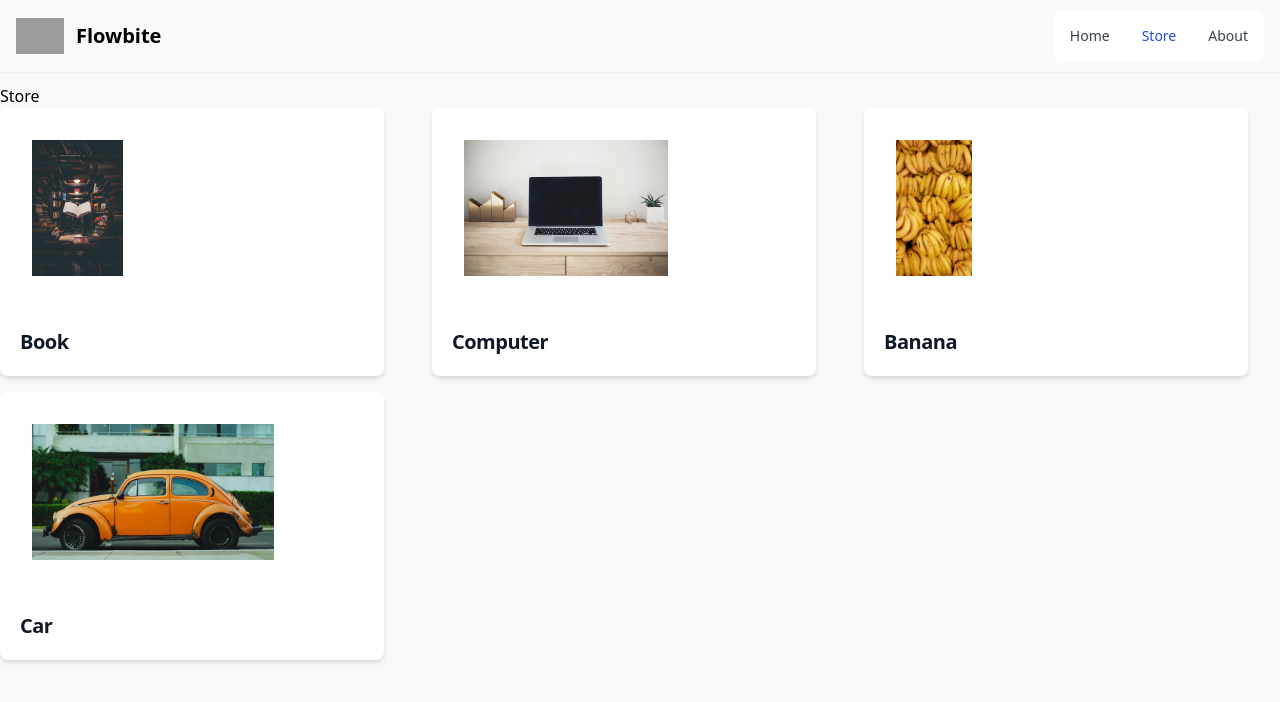
Repository: ducanhaep/react-ts-shopping-cart
Page: /store
These files come from the project's save history. The page is drawn as it stood at one moment and after a run of saves; the edit follows.
The browser window is 1280 px wide. The pictures show the whole page.
Pictures or frames that could not be fetched are drawn as grey boxes. The project was rebuilt for these pictures with package versions that can differ from the ones it lists, and the page was loaded fresh each time. Also part of the build but not shown: vite.config.ts, src/pages/About.js, src/pages/Home.js.

Above is the page before, as saved 2023-01-11 19:19:32.

### src/App.tsx
import { Routes, Route } from "react-router-dom";
import { About } from "./pages/About";
import { Home } from "./pages/Home";
import { Store } from "./pages/Store";
import { Navbar } from "./components/Navbar";
function App() {
  return (
    <>
      <Navbar />
      <div className="container mb-4">
        <Routes>
          <Route path="/" element={<Home />} />
          <Route path="/store" element={<Store />} />
          <Route path="/about" element={<About />} />
        </Routes>
      </div>
    </>
  );
}

export default App;

### src/index.css
@tailwind base;
@tailwind components;
@tailwind utilities;
:root {
  font-synthesis: none;
  text-rendering: optimizeLegibility;
  -webkit-font-smoothing: antialiased;
  -moz-osx-font-smoothing: grayscale;
  -webkit-text-size-adjust: 100%;
}

/* Box sizing rules */
*,
*::before,
*::after {
  box-sizing: border-box;
}

/* Remove default margin */
body,
h1,
h2,
h3,
h4,
p,
figure,
blockquote,
dl,
dd {
  margin: 0;
}

/* Remove list styles on ul, ol elements with a list role, which suggests default styling will be removed */
ul[role="list"],
ol[role="list"] {
  list-style: none;
}

/* Set core root defaults */
html:focus-within {
  scroll-behavior: smooth;
}

/* Set core body defaults */
body {
  min-height: 100vh;
  text-rendering: optimizeSpeed;
  line-height: 1.5;
  background-color: #f8f9fa;
}

input,
button,
textarea,
select {
  font: inherit;
}

### src/pages/Store.tsx
import { StoreItem } from "../components/StoreItem";
import storeItems from "../data/items.json";
export function Store() {
  return (
    <>
      <h1>Store</h1>
      <div className="grid grid-cols-1 md:grid-cols-3 2xl:grid-cols-4 gap-4">
        {storeItems.map((item) => (
          <StoreItem {...item} key={item.id} />
        ))}
      </div>
    </>
  );
}

### src/components/Navbar.tsx
import { Link, NavLink } from "react-router-dom";
import { BsFillCartFill } from "react-icons/bs";

export function Navbar() {
  return (
    <div className="shadow-sm mb-3">
      <nav className="containerbg-white border-gray-200 px-2 sm:px-4 py-2.5 rounded dark:bg-gray-900">
        <div className="container flex flex-wrap items-center justify-between mx-auto">
          <a href="#" className="flex items-center">
            <img
              src="https://flowbite.com/docs/images/logo.svg"
              className="h-6 mr-3 sm:h-9"
              alt="Flowbite Logo"
            />
            <span className="self-center text-xl font-semibold whitespace-nowrap dark:text-white">
              Flowbite
            </span>
          </a>
          <button
            data-collapse-toggle="navbar-default"
            type="button"
            aria-controls="navbar-default"
            aria-expanded="false"
            className="relative md:hidden text-blue-700 hover:text-white border border-blue-700 hover:bg-blue-800 focus:outline-none  font-medium rounded-lg text-sm px-5 py-2.5 text-center mr-2 mb-2"
          >
            <BsFillCartFill />
            <div className="absolute inline-flex items-center justify-center w-6 h-6 text-xs font-bold text-white bg-red-500 border-2 border-white rounded-full -top-2 -right-2 dark:border-gray-900">
              20
            </div>
          </button>
          <div className="hidden w-full md:block md:w-auto" id="navbar-default">
            <ul className="flex flex-col p-4 mt-4 border border-gray-100 rounded-lg bg-gray-50 md:flex-row md:space-x-8 md:mt-0 md:text-sm md:font-medium md:border-0 md:bg-white dark:bg-gray-800 md:dark:bg-gray-900 dark:border-gray-700">
              <li>
                <NavLink
                  to="/"
                  className={({ isActive }) =>
                    isActive
                      ? "text-white bg-blue-700 rounded md:bg-transparent md:text-blue-700 md:p-0 dark:text-white"
                      : "block py-2 pl-3 pr-4 text-gray-700 rounded hover:bg-gray-100 md:hover:bg-transparent md:border-0 md:hover:text-blue-700 md:p-0 dark:text-gray-400 md:dark:hover:text-white dark:hover:bg-gray-700 dark:hover:text-white md:dark:hover:bg-transparent"
                  }
                  aria-current="page"
                >
                  Home
                </NavLink>
              </li>
              <li>
                <NavLink
                  to="store"
                  className={({ isActive }) =>
                    isActive
                      ? "text-white bg-blue-700 rounded md:bg-transparent md:text-blue-700 md:p-0 dark:text-white"
                      : "block py-2 pl-3 pr-4 text-gray-700 rounded hover:bg-gray-100 md:hover:bg-transparent md:border-0 md:hover:text-blue-700 md:p-0 dark:text-gray-400 md:dark:hover:text-white dark:hover:bg-gray-700 dark:hover:text-white md:dark:hover:bg-transparent"
                  }
                >
                  Store
                </NavLink>
              </li>
              <li>
                <NavLink
                  to="about"
                  className={({ isActive }) =>
                    isActive
                      ? "text-white bg-blue-700 rounded md:bg-transparent md:text-blue-700 md:p-0 dark:text-white"
                      : "block py-2 pl-3 pr-4 text-gray-700 rounded hover:bg-gray-100 md:hover:bg-transparent md:border-0 md:hover:text-blue-700 md:p-0 dark:text-gray-400 md:dark:hover:text-white dark:hover:bg-gray-700 dark:hover:text-white md:dark:hover:bg-transparent"
                  }
                >
                  About
                </NavLink>
              </li>
            </ul>
          </div>
        </div>
      </nav>
    </div>
  );
}

### src/components/StoreItem.tsx
import { Link } from "react-router-dom";

interface StoreItemProps {
  id: number;
  name: string;
  price: number;
  imgUrl: string;
}
export function StoreItem({ id, name, price, imgUrl }: StoreItemProps) {
  return (
    <div className="w-full max-w-sm bg-white rounded-lg shadow-md">
      <div className="">
        <Link to="#">
          <img
            src={imgUrl}
            alt="imgUrl"
            className="rounded-t-lg p-8 object-cover h-[200px]"
          />
        </Link>
      </div>
      <div className="px-5 py-5">
        <Link to="#">
          <h5 className="text-xl font-semibold tracking-tight text-gray-900">
            {name}
          </h5>
        </Link>
      </div>
    </div>
  );
}

### src/data/items.json
[
	{
		"id": 1,
		"name": "Book",
		"price": 10.99,
		"imgUrl": "/imgs/book.jpg"
	},
	{
		"id": 2,
		"name": "Computer",
		"price": 1199,
		"imgUrl": "/imgs/computer.jpg"
	},
	{
		"id": 3,
		"name": "Banana",
		"price": 1.05,
		"imgUrl": "/imgs/banana.jpg"
	},
	{
		"id": 4,
		"name": "Car",
		"price": 14000,
		"imgUrl": "/imgs/car.jpg"
	}
]

### tailwind.config.cjs
/** @type {import('tailwindcss').Config} */
module.exports = {
  content: ["./index.html", "./src/**/*.{js,ts,jsx,tsx}"],
  theme: {
    container: {
      center: true,
    },
    extend: {},
  },
  plugins: [],
};

Loaded but not shown: index.html (common file); src/main.tsx (common file)

After the next 2 saves:
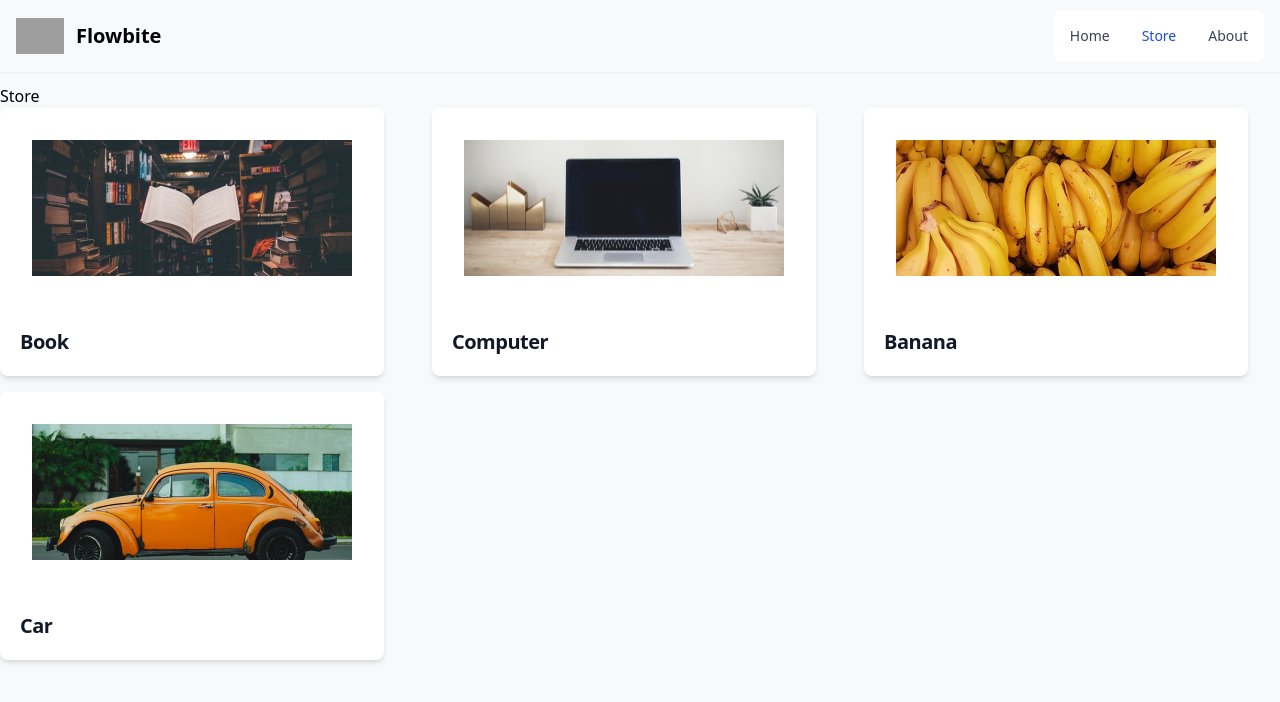
The 2 saves are shown as one change because they came seconds apart.
The last was saved 57 s later.
--- a/src/components/StoreItem.tsx
+++ b/src/components/StoreItem.tsx
@@ -14,7 +14,7 @@ export function StoreItem({ id, name, price, imgUrl }: StoreItemProps) {
           <img
             src={imgUrl}
             alt="imgUrl"
-            className="rounded-t-lg p-8 object-cover h-[200px]"
+            className="rounded-t-lg p-8 object-cover h-[200px] w-full"
           />
         </Link>
       </div>
